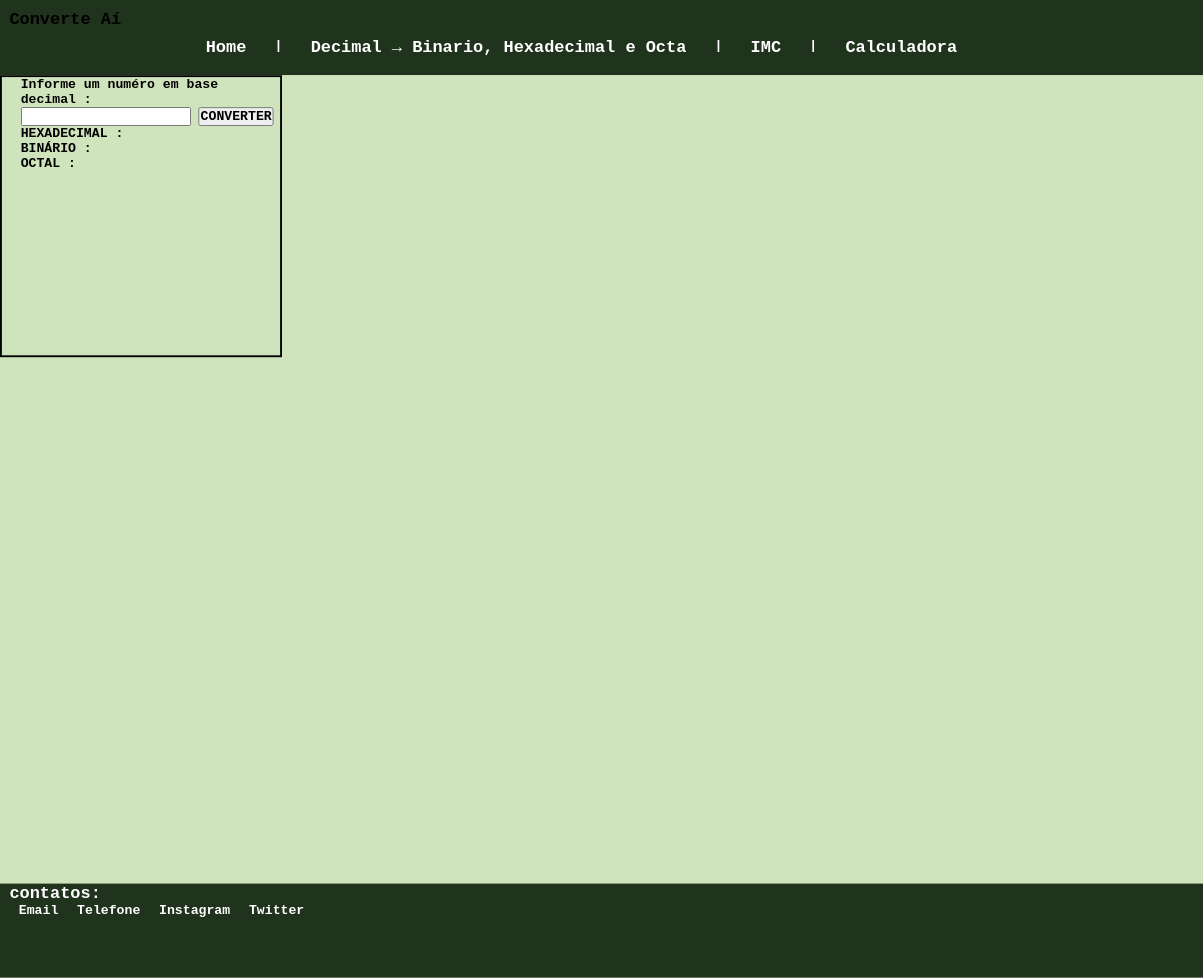
Repository: Frav1u/converteai
Page: ConverteAi/src/main/webapp/decimalParaBinario.html
The author's editor kept a copy of each file at every save. The page is drawn from the files as they stood at one save, then again after the next save.
The browser window is 1280 px wide. The pictures show the whole page, at 94% of full size.
Some web fonts or font styles are not loaded; a fallback is used.

Above is the page before, as saved 2023-10-01 01:08:02.

### ConverteAi/src/main/webapp/decimalParaBinario.html
<!DOCTYPE html>
<html>
<head>
	<meta charset="UTF-8">
<title>Decimal Para Binario</title>
<link href="https://fonts.googleapis.com/css2?family=Inter:wght@400;700&family=Space+Mono:wght@400;700&display=swap"
        rel="stylesheet">
    <link rel="stylesheet" href="style.css">
</head>
<body>
		<header>
		<a>Converte Aí</a>
		<nav>
			<ul class="menu">
				<li><a href="home.html">Home</a></li>
				<li>  |  </li>
				<li><a href="decimalParaBinario.html">Decimal → Binario, Hexadecimal e Octa</a></li>
				<li>  |  </li>
				<li><a href="imc.html">IMC</a></li>
				<li>  |  </li>
				<li><a href="calculadora.html">Calculadora</a></li>
			</ul>
		</nav>
	</header>
	<main class="conversorBase">
		<div class="caixa">
	    <ul>
        <li class="inputs">
            <p class="infoInput">Informe um numéro em base decimal :</p>
            <input type="text" class="entrada" onkeypress="return event.charCode >= 48 && event.charCode <= 57">
            <button type="button"class="converter" id="converter">CONVERTER</button>
        </li>
        <li class="outputs">
            <p class="infoHexa">HEXADECIMAL :</p>
            <p class="resultadoHexa" id="resultadoHexa"></p>
            <p class="infoBinario">BINÁRIO :</p>
            <p class="resultadoBinario" id="resultadoBinario"></p>
            <p class="infoOctal">OCTAL :</p>
            <p class="resultadoOctal" id="resultado"></p>
            </ul>
        </li>
        </div>
	</main>


	<footer>
		<a>contatos: </a>
		<ul class="contatos">
			<li>Email</li>
			<li>Telefone</li>
			<li>Instagram</li>
			<li>Twitter</li>
		</ul>

	</footer>
</body>

</html>

### ConverteAi/src/main/webapp/style.css

* {
    margin: 0;
    padding: 0;
    box-sizing: border-box;
    list-style: none;
    font-family: 'Apotek Bold', monospace;
    font-weight: 600;
    font-size: 14px;
    outline: none;
}

body{
	background-color: #CFE4BC;
}


main{
	height: 860px;
	background-color: #CFE4BC;
}

a{font-size: 18px;
	margin: 10px;


}

.menu{
	color: white;
	display: flex;
	margin-top: 20px;
	margin-left: 50px;

}



li{
	font-size: 14px;
	margin-left: 20px;

}

header{
	background-color: #20331C;
	color: white;
	height: 80px;
	text-decoration: none;
    color: inherit;
    display: flex;
}

.contatos{
	display: flex;
}

footer{
	background-color: #20331C;
	color: white;
	height: 100px;

}

conversorBase{
	display: flex;
    justify-content: center;
    display: flex;
    justify-content: center;
    align-items: center;
    background-color: green;
}

 a, a:hover, a:focus, a:active {
      text-decoration: none;
      color: inherit;
 }

nav{
	display: flex;
	justify-content: center;
	align-items: center;
}

.caixa{
	height: 300px;
	width: 300px;
	background-color: #CFE4BC;
	border: 2px solid black;
}

### ConverteAi/src/main/webapp/descparabina.css

* {
    margin: 0;
    padding: 0;
    box-sizing: border-box;
    font-family: 'Apotek Bold', monospace;
    font-weight: 600;
    font-size: 18px;
    outline: none;
}

body{
	background-color:  ghostwhite
}

li{
	font-size: 14px;
	margin-left: 20px;

}

header{
	background-color: hsl(183, 100%, 15%);
	color: white;
	height: 5vh;
    color: inherit;
    display: flex;
    display: flex;
    justify-content: center;
    align-items: center;
    justify-content: space-evenly;
}

.contatos{
	display: flex;
	list-style: none;
}

footer{
	background-color: hsl(183, 100%, 15%);
	color: white;
	height: 5vh;


.logo{
	color: white;
}
.menu{
	color: white;
	display: flex;
	margin-top: 20px;
	margin-left: 50px;
	list-style: none;

}

.conta{
	color: white;
	display: flex;
	margin-top: 20px;
	margin-left: 50px;
	list-style: none;
}

.menu a {
	color: white;
	font-size: 16px;

}


nav{
	display: flex;
	justify-content: center;
	align-items: center;
}


main{
	height: 90vh;
	text-align: center;
	padding-top: 30px;
}
.caixa{
	height: 300px;
	width: 300px;
	background-color: #CFE4BC;
	border: 2px solid black;
}


conversorBase{
	display: flex;
    justify-content: center;
    display: flex;
    justify-content: center;
    align-items: center;
    background-color: green;
}

After the next save:
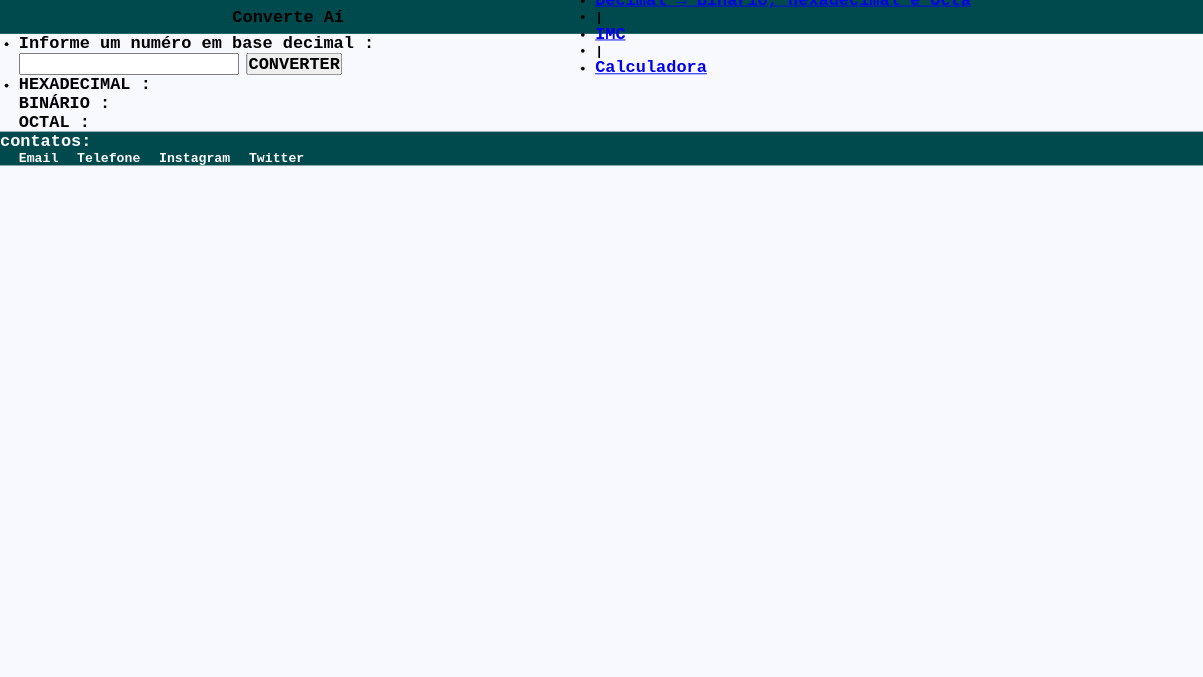
Saved 19 s later.
--- a/ConverteAi/src/main/webapp/decimalParaBinario.html
+++ b/ConverteAi/src/main/webapp/decimalParaBinario.html
@@ -5,7 +5,7 @@
 <title>Decimal Para Binario</title>
 <link href="https://fonts.googleapis.com/css2?family=Inter:wght@400;700&family=Space+Mono:wght@400;700&display=swap"
         rel="stylesheet">
-    <link rel="stylesheet" href="style.css">
+    <link rel="stylesheet" href="descparabina.css">
 </head>
 <body>
 		<header>
